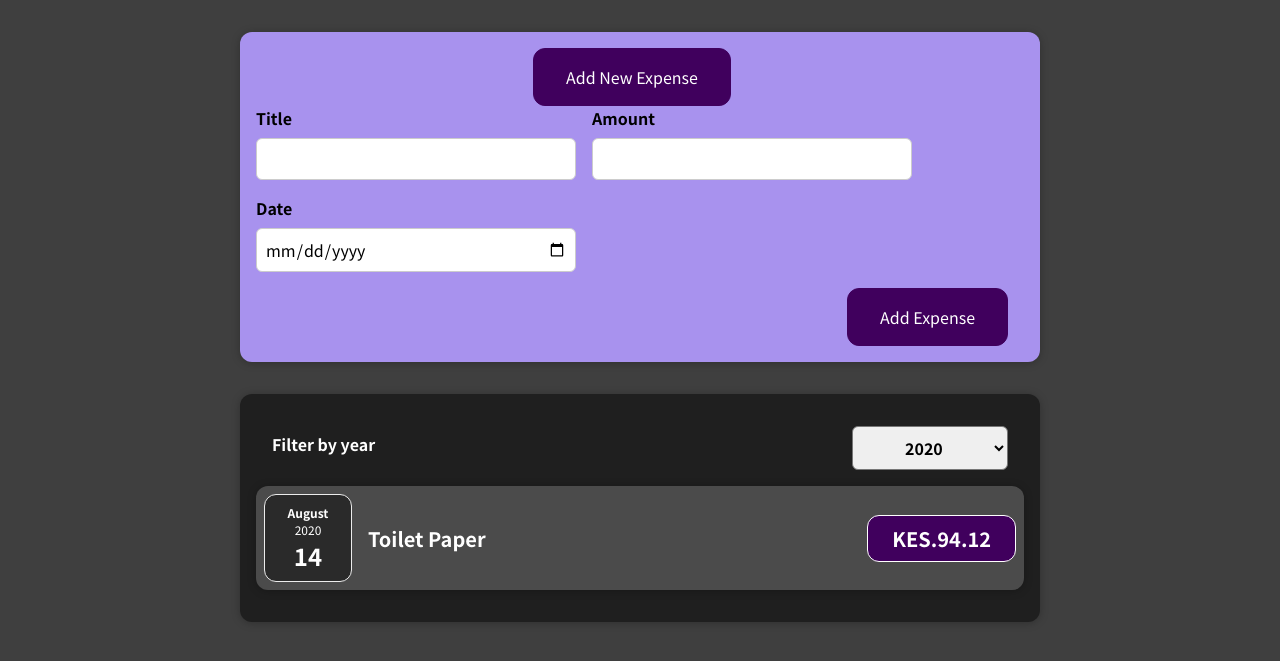
Repository: Samkiroko/expense-tracker-react
Page: /
An editor plug-in stored every save of this project. The page is shown before and after the next save, followed by the edit.
The browser window is 1280 px wide. The pictures show the whole page.
The project was rebuilt for these pictures with package versions that can differ from the ones it lists, and the page was loaded fresh each time.

Above is the page before, as saved 2021-06-15 11:45:09.

### src/index.css
@import url('https://fonts.googleapis.com/css2?family=Noto+Sans+JP:wght@400;700&display=swap');
* {
    box-sizing: border-box;
}

html {
    font-family: 'Noto Sans JP', sans-serif;
}

body {
    margin: 0;
    background-color: #3f3f3f;
}

### src/App.js
import React, { useState } from 'react'
import Expenses from './components/Expenses/Expenses'
import NewExpense from './components/NewExpense/NewExpense'

const DUMMY_EXPENSES = [
  {
    id: 'e1',
    title: 'Toilet Paper',
    amount: 94.12,
    date: new Date(2020, 7, 14),
  },
  { id: 'e2', title: 'New TV', amount: 799.49, date: new Date(2021, 2, 12) },
  {
    id: 'e3',
    title: 'Car Insurance',
    amount: 294.67,
    date: new Date(2021, 2, 28),
  },
  {
    id: 'e4',
    title: 'New Desk (Wooden)',
    amount: 450,
    date: new Date(2021, 5, 12),
  },
]

function App() {
  const [expenses, setExpenses] = useState(DUMMY_EXPENSES)
  const addExpenseHandler = (expense) => {
    setExpenses((prevExpenses) => {
      return [expense, ...prevExpenses]
    })
  }
  return (
    <div className='App'>
      <NewExpense onAddExpense={addExpenseHandler} />
      <Expenses items={expenses} />
    </div>
  )
}

export default App

### src/components/Expenses/Expenses.js
import React, { useState } from 'react'
import Card from '../UI/Card'
import './Expenses.css'
import ExpensesFilter from './ExpensesFilter'
import ExpensesList from './ExpensesList'

function Expenses(props) {
  const [filteredYear, setFilteredYear] = useState('2020')
  const filterChangeHandler = (selectedYear) => {
    setFilteredYear(selectedYear)
  }
  const filteredExpenses = props.items.filter((expenses) => {
    return expenses.date.getFullYear().toString() === filteredYear
  })

  return (
    <div>
      <Card className='expenses'>
        <ExpensesFilter selected={filteredYear} onChangeFilter={filterChangeHandler} />
        <ExpensesList items={filteredExpenses} />
      </Card>
    </div>
  )
}

export default Expenses

### src/components/NewExpense/NewExpense.js
import React, { useState } from 'react'
import { ExpenseForm } from './ExpenseForm'
import './NewExpense.css'

const NewExpense = (props) => {
  const [isEditing, setIsEditing] = useState(false)
  const saveExpenseDataHandler = (enteredExpenseData) => {
    const expenseData = {
      ...enteredExpenseData,
      id: Math.random().toString(),
    }
    props.onAddExpense(expenseData)
  }
  const startEditingHandler = () => {
    setIsEditing(true)
  }
  return (
    <div className='new-expense'>
      {
        <button className='button' onClick={startEditingHandler}>
          Add New Expense
        </button>
      }
      <ExpenseForm onSaveExpenseData={saveExpenseDataHandler} />
    </div>
  )
}

export default NewExpense

### src/components/UI/Card.js
import './Card.css'

function Card(props) {
  const classes = 'card ' + props.className

  return <div className={classes}>{props.children}</div>
}

export default Card

### src/components/Expenses/ExpensesFilter.js
import React from 'react'
import './ExpenseFilter.css'

const ExpensesFilter = (props) => {
  const dropdownChangeHandler = (event) => {
    props.onChangeFilter(event.target.value)
  }
  return (
    <div className='expenses-filter'>
      <div className='expenses-filter__control'>
        <label>Filter by year</label>
        <select value={props.selected} onChange={dropdownChangeHandler}>
          <option value='2022'>2022</option>
          <option value='2021'>2021</option>
          <option value='2020'>2020</option>
          <option value='2019'>2019</option>
        </select>
      </div>
    </div>
  )
}

export default ExpensesFilter

### src/components/Expenses/ExpensesList.js
import React from 'react'
import './ExpensesList.css'
import ExpenseItem from './ExpenseItem'

const ExpensesList = (props) => {
  if (props.items.length === 0) {
    return <h2 className='expenses-list__fallback'>Found no expenses.</h2>
  }
  return (
    <ul className='expenses-list'>
      {props.items.map((expenses) => (
        <ExpenseItem key={expenses.id} title={expenses.title} amount={expenses.amount} date={expenses.date} />
      ))}
    </ul>
  )
}

export default ExpensesList

### src/components/NewExpense/ExpenseForm.js
import React, { useState } from 'react'
import './ExpenseForm.css'

export const ExpenseForm = (props) => {
  const [enteredTitle, setEnteredTitle] = useState('')
  const [enteredAmount, setEnteredAmount] = useState('')
  const [enteredDate, setEnteredDate] = useState('')

  const titleChangeHandler = (event) => {
    setEnteredTitle(event.target.value)
  }
  const amountChangeHandler = (event) => {
    setEnteredAmount(event.target.value)
  }

  const dateChangeHandler = (event) => {
    setEnteredDate(event.target.value)
  }

  const submitHandler = (event) => {
    event.preventDefault()

    const expenseData = {
      title: enteredTitle,
      amount: enteredAmount,
      date: new Date(enteredDate),
    }
    props.onSaveExpenseData(expenseData)
    setEnteredTitle('')
    setEnteredAmount('')
    setEnteredDate('')
  }

  return (
    <form onSubmit={submitHandler}>
      <div className='new-expense__controls'>
        <div className='new-expense__control'>
          <label>Title</label>
          <input type='text' value={enteredTitle} onChange={titleChangeHandler} />
        </div>
        <div className='new-expense__control'>
          <label>Amount</label>
          <input type='number' min='0.01' step='0.01' value={enteredAmount} onChange={amountChangeHandler} />
        </div>
        <div className='new-expense__control'>
          <label>Date</label>
          <input type='date' min='2019-01-01' max='2022-12-31' value={enteredDate} onChange={dateChangeHandler} />
        </div>
      </div>
      <div className='new-expense__actions'>
        <button type='submit'>Add Expense</button>
      </div>
    </form>
  )
}

### src/components/NewExpense/NewExpense.css
.new-expense {
    background-color: #a892ee;
    padding: 1rem;
    margin: 2rem auto;
    width: 50rem;
    max-width: 95%;
    border-radius: 12px;
    text-align: center;
    box-shadow: 0 1px 8px rgba(0, 0, 0, 0.25);
}

.new-expense button {
    font: inherit;
    cursor: pointer;
    padding: 1rem 2rem;
    border: 1px solid #40005d;
    background-color: #40005d;
    color: white;
    border-radius: 12px;
    margin-right: 1rem;
}

.new-expense button:hover,
.new-expense button:active {
    background-color: #510674;
    border-color: #510674;
}

.new-expense button.alternative {
    color: #220131;
    border-color: transparent;
    background-color: transparent;
}

.new-expense button.alternative:hover,
.new-expense button.alternative:active {
    background-color: #ddb3f8;
}

### src/components/Expenses/ExpenseItem.js
import React from 'react'
import Card from '../UI/Card'
import ExpenseDate from './ExpenseDate'
import './ExpenseItem.css'

function ExpenseItem(props) {
  return (
    <Card className='expense-item'>
      <ExpenseDate date={props.date} />
      <div className='expense-item__description'>
        <h2>{props.title}</h2>
        <div className='expense-item__price'>KES.{props.amount}</div>
      </div>
    </Card>
  )
}

export default ExpenseItem

### src/components/Expenses/ExpenseDate.js
import React from 'react'
import './ExpenseDate.css'

function ExpenseDate(props) {
  const month = props.date.toLocaleString('en-US', { month: 'long' })
  const day = props.date.toLocaleString('en-US', { day: '2-digit' })
  const year = props.date.getFullYear()
  return (
    <div className='expense-date'>
      <div className='expense-date__month'>{month}</div>
      <div className='expense-date__year'>{year}</div>
      <div className='expense-date__day'>{day}</div>
    </div>
  )
}

export default ExpenseDate

### src/components/Expenses/ExpenseItem.css
.expense-item {
    display: flex;
    justify-content: space-between;
    align-items: center;
    padding: 0.5rem;
    margin: 1rem 0;
    background-color: #4b4b4b;
}

.expense-item__description {
    display: flex;
    flex-direction: column;
    gap: 1rem;
    align-items: flex-end;
    flex-flow: column-reverse;
    justify-content: flex-start;
    flex: 1;
}

.expense-item h2 {
    color: #3a3a3a;
    font-size: 1rem;
    flex: 1;
    margin: 0 1rem;
    color: white;
}

.expense-item__price {
    font-size: 1rem;
    font-weight: bold;
    color: white;
    background-color: #40005d;
    border: 1px solid white;
    padding: 0.5rem;
    border-radius: 12px;
}

@media (min-width: 580px) {
    .expense-item__description {
        flex-direction: row;
        align-items: center;
        justify-content: flex-start;
        flex: 1;
    }
    .expense-item__description h2 {
        font-size: 1.25rem;
    }
    .expense-item__price {
        font-size: 1.25rem;
        padding: 0.5rem 1.5rem;
    }
}

Loaded but not shown: public/index.html (common file); src/index.js (common file); src/components/Expenses/Expenses.css (common file); src/components/UI/Card.css (common file); src/components/Expenses/ExpenseFilter.css (common file); src/components/Expenses/ExpensesList.css (common file); src/components/NewExpense/ExpenseForm.css (common file); src/components/Expenses/ExpenseDate.css (common file)

After the next save:
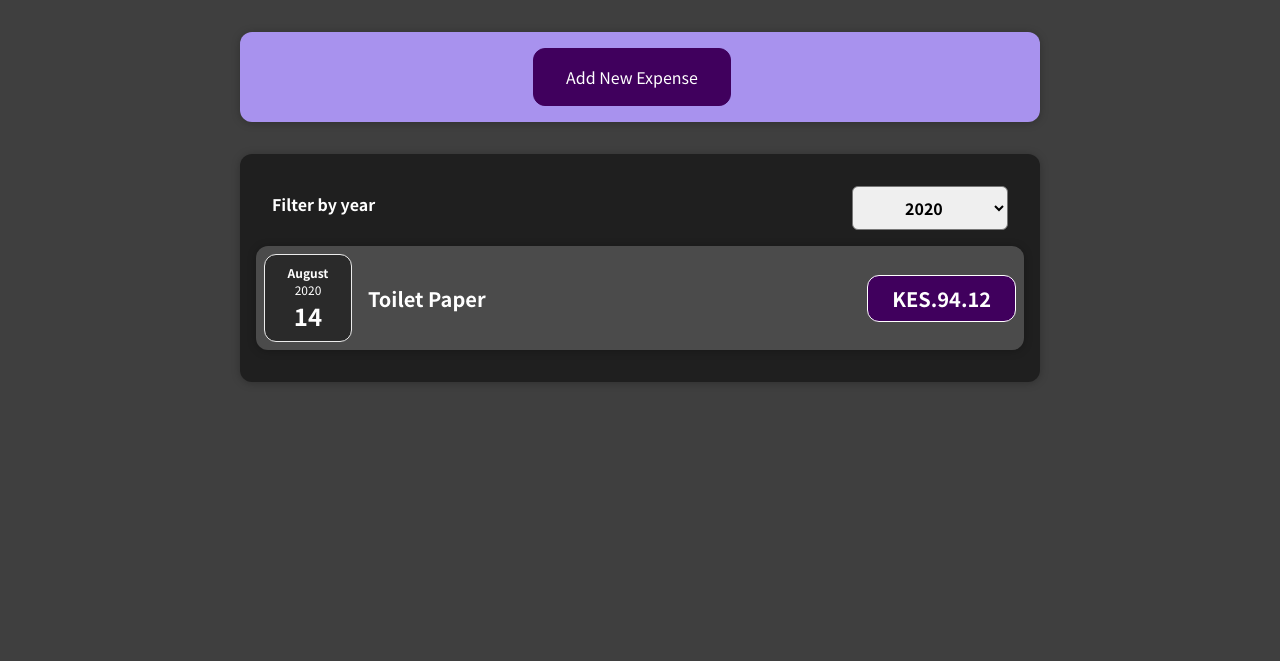
Saved 109 s later.
--- a/src/components/NewExpense/NewExpense.js
+++ b/src/components/NewExpense/NewExpense.js
@@ -16,12 +16,12 @@ const NewExpense = (props) => {
   }
   return (
     <div className='new-expense'>
-      {
+      {!isEditing && (
         <button className='button' onClick={startEditingHandler}>
           Add New Expense
         </button>
-      }
-      <ExpenseForm onSaveExpenseData={saveExpenseDataHandler} />
+      )}
+      {isEditing && <ExpenseForm onSaveExpenseData={saveExpenseDataHandler} />}
     </div>
   )
 }
